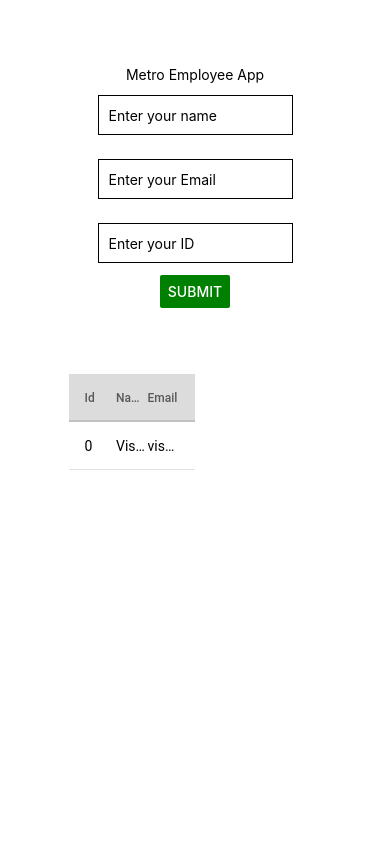
Repository: VishnuJG/Metro-Employee-App
Screen: /
The author's editor kept a copy of each file at every save. The screen is drawn from the files as they stood at one save, then again after the next save.
The app was drawn by React Native's web renderer in a window 390 px wide. The project was rebuilt for these pictures with package versions that can differ from the ones it lists, and the page was loaded fresh each time. Also part of the build but not shown: components/Task.js.

Above is the screen before, as saved 2022-06-28 14:58:29.

After the next save:
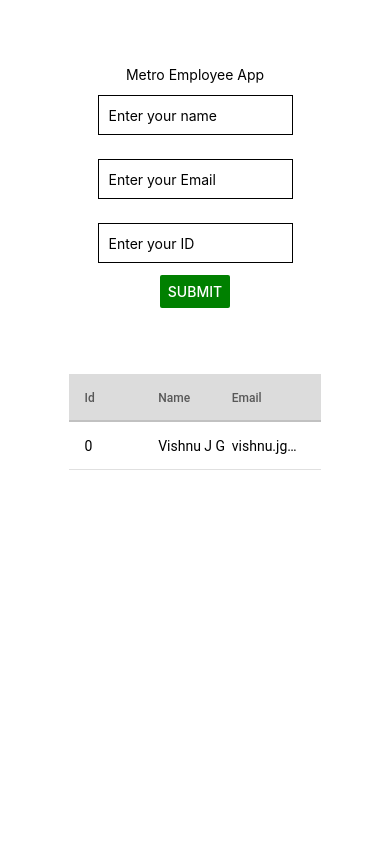
Saved 34 s later.
--- a/App.js
+++ b/App.js
@@ -70,7 +70,7 @@
         {/* <View style={{flex:0.5, flexDirection: 'column'}}>
         {emp.map((newid)=>(<Task key={newid.id} ename={newid.name} eid={newid.id} eemail={newid.email}/>))}
         </View> */}
-        <ScrollView horizontal>
+        <ScrollView vertical>
         <DataTable style={{flex:0.5, flexDirection: 'column', justifyContent: 'flex-start',}} >
           <DataTable.Header style={styles.tableHeader}>
             <DataTable.Title>Id</DataTable.Title>

After the save that followed:
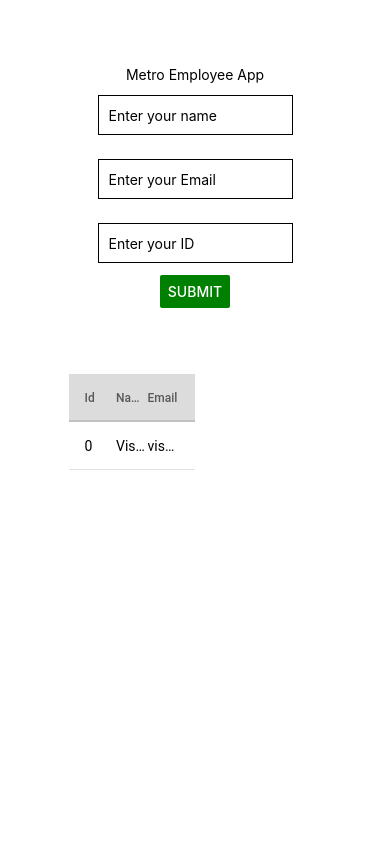
Saved 7 s later.
--- a/App.js
+++ b/App.js
@@ -70,7 +70,7 @@
         {/* <View style={{flex:0.5, flexDirection: 'column'}}>
         {emp.map((newid)=>(<Task key={newid.id} ename={newid.name} eid={newid.id} eemail={newid.email}/>))}
         </View> */}
-        <ScrollView vertical>
+        <ScrollView vertical horizontal>
         <DataTable style={{flex:0.5, flexDirection: 'column', justifyContent: 'flex-start',}} >
           <DataTable.Header style={styles.tableHeader}>
             <DataTable.Title>Id</DataTable.Title>
